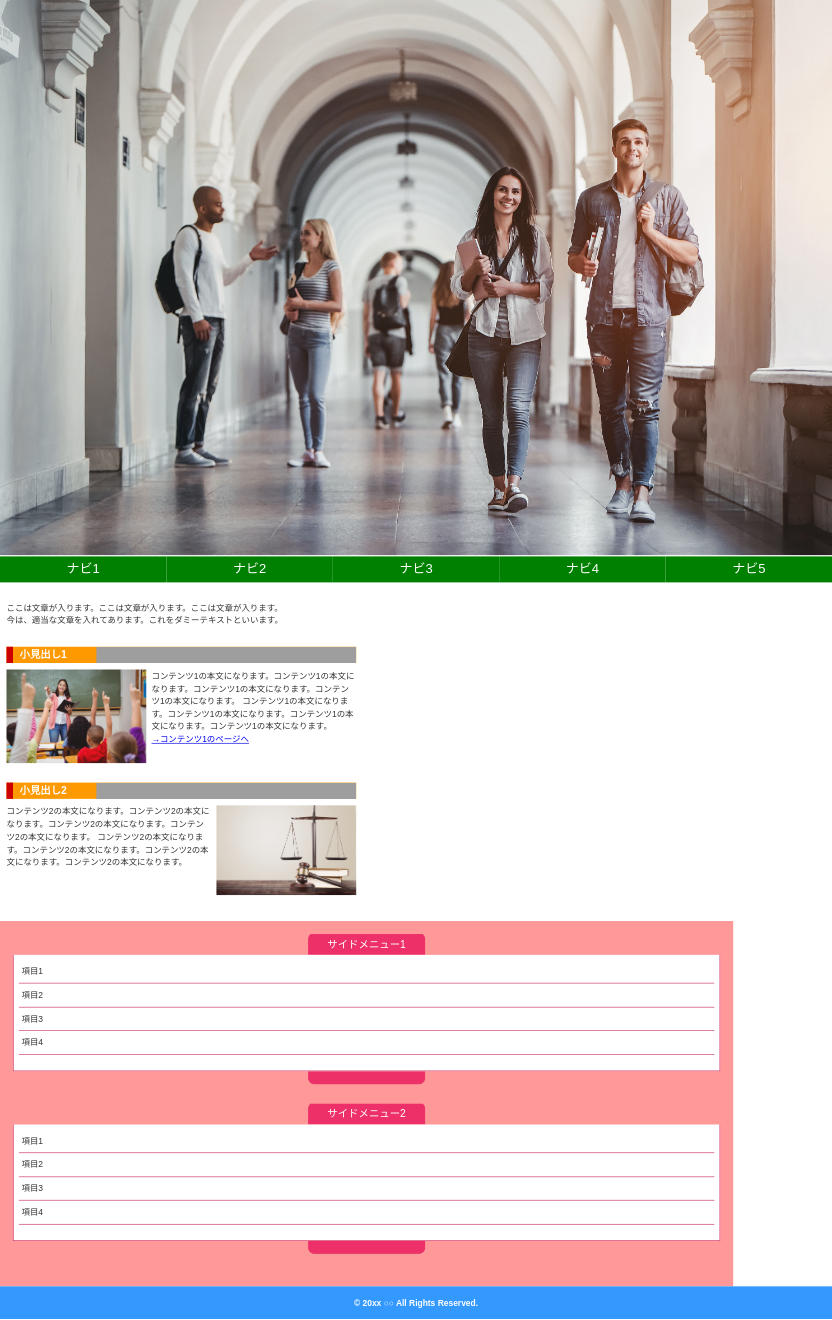
Repository: ishikawa-ta/samurai_HTML-CSS
Page: home.html
The author's editor kept a record of every edit. The page is drawn from the files as they stood at one moment, then again after the next edit.
The browser window is 1280 px wide. The pictures show the whole page, at 65% of full size.
Pictures or frames that could not be fetched are drawn as grey boxes.

Above is the page before.

After the next edit:
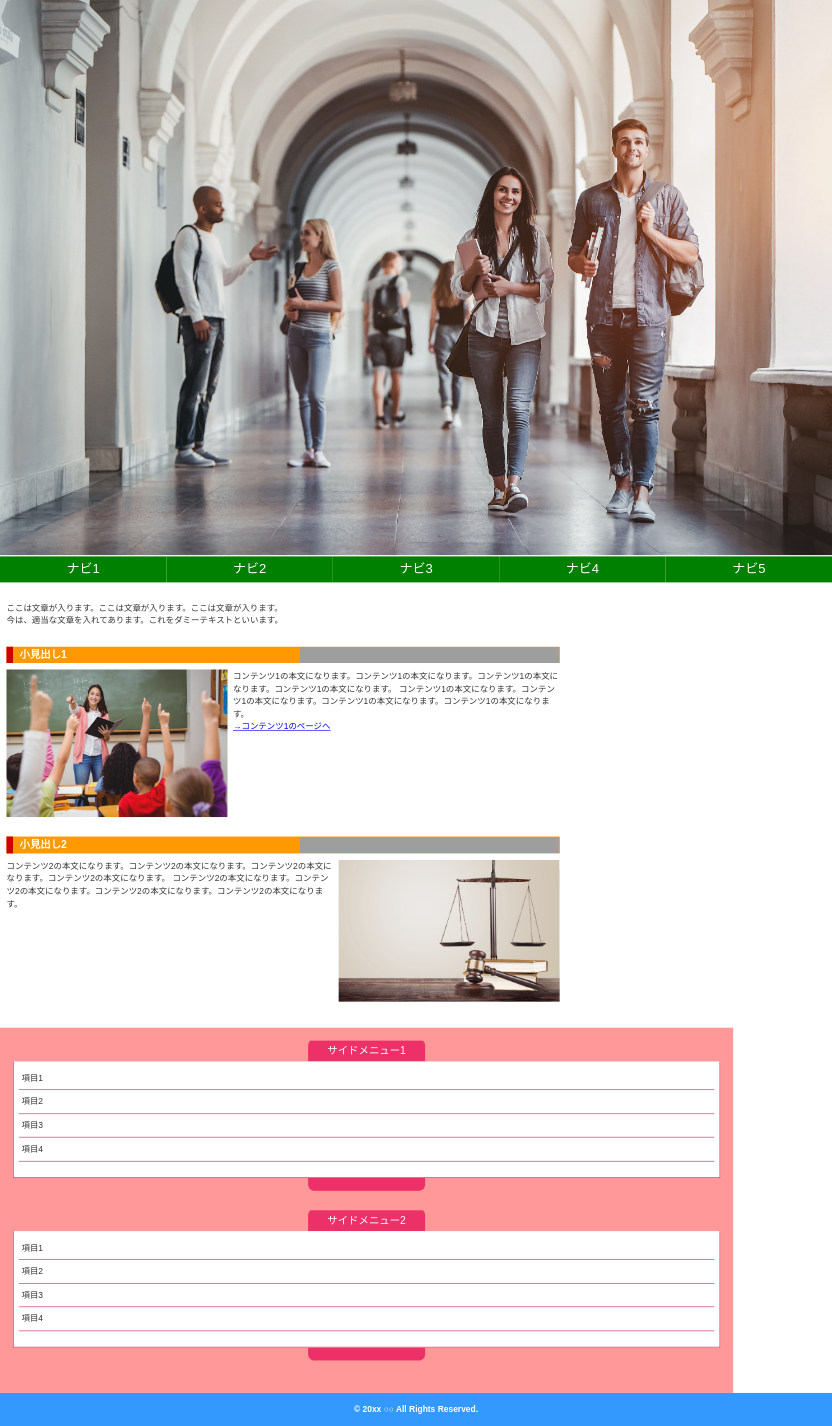
The edit:
--- a/stylesheet2.css
+++ b/stylesheet2.css
@@ -88,8 +88,7 @@
 /* -------------------- main -------------------- */
 #main {
 	    width: 95%;
-	float: left;
-	width: 60%;
+
 	padding: 10px 30px 10px 10px;
 }
 #main h2 {
